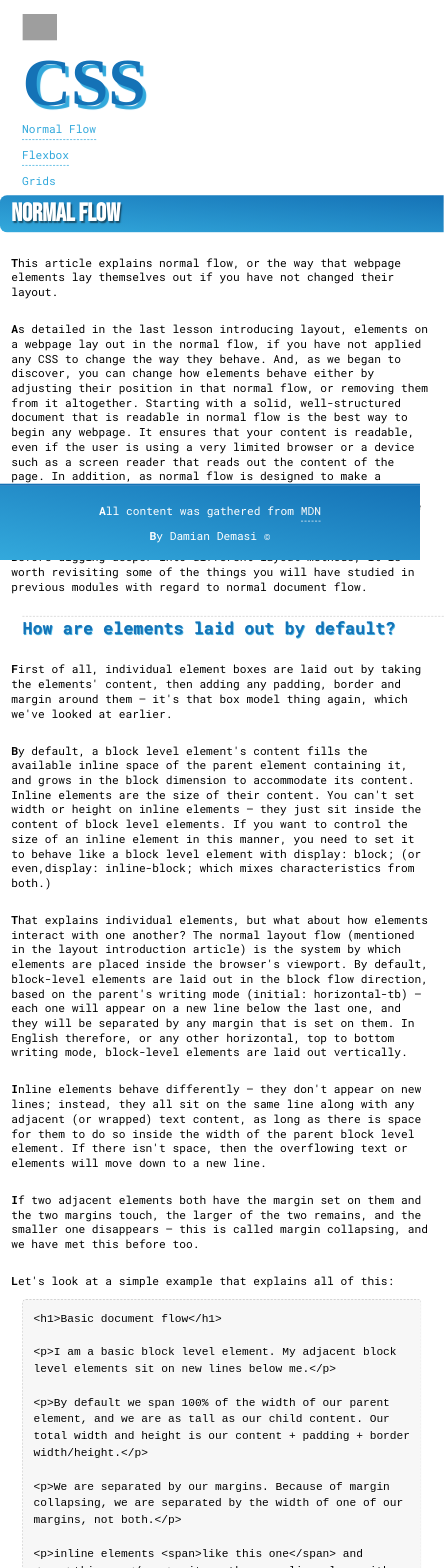
Repository: Colo-Codes/freecodecamp-04-Technical-Documentation-Page
Page: index.html
These files come from the project's save history. The page is drawn as it stood at one moment and after a run of saves; the edit follows.
The browser window is 600 px wide. The page is 635 px wide, so the pictures cover 635 px, including what lies to the right of the window. The pictures show the part of the page from y = 0 to 2240 px (the page is 8231 px tall before and 8189 px after), at 70% of full size.
Pictures or frames that could not be fetched are drawn as grey boxes. Some web fonts or font styles are not loaded; a fallback is used.

Above is the page before, as saved 2021-05-22 09:14:43.

### index.html
<!DOCTYPE html>
<html lang="en">

<head>
    <meta charset="UTF-8">
    <meta http-equiv="X-UA-Compatible" content="IE=edge">
    <meta name="viewport" content="width=device-width, initial-scale=1.0">
    <link rel="stylesheet" href="./resources/css/index.css" type="text/css">
    <link rel="preconnect" href="https://fonts.gstatic.com">
    <link
        href="https://fonts.googleapis.com/css2?family=Bebas+Neue&family=Pattaya&family=Roboto+Mono:wght@100;400;700&display=swap"
        rel="stylesheet">

    <title>CSS Technical Documentation</title>
</head>

<body>
    <div id="flex-container">
        <header id="navbar-block">
            <img id="navbar-image" src="./resources/img/file_type_css_icon_130661.png" alt="CSS3 logo in blue">
            <nav id="navbar">
                <!-- On the left of screen, fixed (visible) -->
                <header>
                    <h1>CSS</h1>
                </header>
                <ul>
                    <li><a href="#Normal_Flow" class="nav-link">Normal Flow</a></li>
                    <li><a href="#Flexbox" class="nav-link">Flexbox</a></li>
                    <li><a href="#Grids" class="nav-link">Grids</a></li>
                    <li><a href="#Floats" class="nav-link">Floats</a></li>
                    <li><a href="#Positioning" class="nav-link">Positioning</a></li>
                </ul>
            </nav>
        </header>
        <main id="main-doc">
            <section class="main-section" id="Normal_Flow">
                <header class="section-header">
                    <h2>Normal Flow</h2>
                </header>
                <p>This article explains normal flow, or the way that webpage elements lay themselves out if you have
                    not
                    changed their
                    layout.</p>
                <p>As detailed in the last lesson introducing layout, elements on a webpage lay out in the normal flow,
                    if
                    you have not
                    applied any CSS to change the way they behave. And, as we began to discover, you can change how
                    elements
                    behave
                    either by adjusting their position in that normal flow, or removing them from it altogether.
                    Starting
                    with a solid,
                    well-structured document that is readable in normal flow is the best way to begin any webpage. It
                    ensures that your
                    content is readable, even if the user is using a very limited browser or a device such as a screen
                    reader that reads
                    out the content of the page. In addition, as normal flow is designed to make a readable document, by
                    starting in
                    this way you are working with the document rather than fighting against it as you make changes to
                    the
                    layout.</p>
                <p>Before digging deeper into different layout methods, it is worth revisiting some of the things you
                    will
                    have studied
                    in previous modules with regard to normal document flow.</p>
                <h3>How are elements laid out by default?</h3>
                <p>First of all, individual element boxes are laid out by taking the elements' content, then adding any
                    padding, border
                    and margin around them — it's that box model thing again, which we've looked at earlier.
                </p>
                <p>By default, a block level element's content fills the available inline space of the parent element
                    containing it,
                    and grows in the block dimension to accommodate its content. Inline elements are the size of their
                    content. You
                    can't set width or height on inline elements — they just sit inside the content of block level
                    elements.
                    If you want
                    to control the size of an inline element in this manner, you need to set it to behave like a block
                    level
                    element
                    with display: block; (or even,display: inline-block; which mixes characteristics from both.)
                </p>
                <p>That explains individual elements, but what about how elements interact with one another? The normal
                    layout flow
                    (mentioned in the layout introduction article) is the system by which elements are placed inside the
                    browser's
                    viewport. By default, block-level elements are laid out in the block flow direction, based on the
                    parent's writing
                    mode (initial: horizontal-tb) — each one will appear on a new line below the last one, and they will
                    be
                    separated by
                    any margin that is set on them. In English therefore, or any other horizontal, top to bottom writing
                    mode,
                    block-level elements are laid out vertically.
                </p>
                <p>Inline elements behave differently — they don't appear on new lines; instead, they all sit on the
                    same
                    line along
                    with any adjacent (or wrapped) text content, as long as there is space for them to do so inside the
                    width of the
                    parent block level element. If there isn't space, then the overflowing text or elements will move
                    down
                    to a new
                    line.
                </p>
                <p>If two adjacent elements both have the margin set on them and the two margins touch, the larger of
                    the
                    two remains,
                    and the smaller one disappears — this is called margin collapsing, and we have met this before too.
                </p>
                <p>Let's look at a simple example that explains all of this:</p>
                <code>&lt;h1&gt;Basic document flow&lt;/h1&gt;

&lt;p&gt;I am a basic block level element. My adjacent block level elements sit on new lines below me.&lt;/p&gt;

&lt;p&gt;By default we span 100% of the width of our parent element, and we are as tall as our child content. Our total width and height is our content + padding + border width/height.&lt;/p&gt;

&lt;p&gt;We are separated by our margins. Because of margin collapsing, we are separated by the width of one of our margins, not both.&lt;/p&gt;

&lt;p&gt;inline elements &lt;span&gt;like this one&lt;/span&gt; and &lt;span&gt;this one&lt;/span&gt; sit on the same line along with adjacent text nodes, if there is space on the same line. Overflowing inline elements will &lt;span&gt;wrap onto a new line if possible (like this one containing text)&lt;/span&gt;, or just go on to a new line if not, much like this image will do: &lt;img src="https://mdn.mozillademos.org/files/13360/long.jpg"&gt;&lt;/p&gt;</code>
                <code>body {
    width: 500px;
    margin: 0 auto;
}

p {
    background: rgba(255,84,104,0.3);
    border: 2px solid rgb(255,84,104);
    padding: 10px;
    margin: 10px;
}

span {
    background: white;
    border: 1px solid black;
}</code>


            </section>

            <section class="main-section" id="Flexbox">
                <header class="section-header">
                    <h2>Flexbox</h2>
                </header>
                <p>Flexbox is a one-dimensional layout method for laying out items in rows or columns. Items flex to
                    fill
                    additional space and shrink to fit into smaller spaces. This article explains all the fundamentals.
                </p>
                <h3>Why Flexbox?</h3>
                <p>For a long time, the only reliable cross browser-compatible tools available for creating CSS layouts
                    were
                    things like floats and positioning. These are fine, and they work, but in some ways they are also
                    rather
                    limiting and frustrating.</p>
                <p>The following simple layout requirements are either difficult or impossible to achieve with such
                    tools,
                    in any kind of convenient, flexible way:</p>
                <ul>
                    <li>Vertically centering a block of content inside its parent.</li>
                    <li>Making all the children of a container take up an equal amount of the available width/height,
                        regardless of how much width/height is available.</li>
                    <li>Making all columns in a multiple-column layout adopt the same height even if they contain a
                        different amount of content.</li>
                </ul>
                <p>As you'll see in subsequent sections, flexbox makes a lot of layout tasks much easier. Let's dig in!
                </p>
                <h3>Specifying what elements to lay out as flexible boxes</h3>
                <code>section {
    display: flex;
}</code>


            </section>

            <section class="main-section" id="Grids">
                <header class="section-header">
                    <h2>Grids</h2>
                </header>
                <p>CSS Grid Layout is a two-dimensional layout system for the web. It lets you lay content out in rows
                    and
                    columns, and has many features that make building complex layouts straightforward. This article will
                    give you all you need to know to get started with page layout.</p>
                <h3>What is grid layout?</h3>
                <p>A grid is a collection of horizontal and vertical lines creating a pattern against which we can line
                    up
                    our design elements. They help us to create designs where elements don’t jump around or change width
                    as
                    we move from page to page, providing greater consistency on our websites.</p>
                <p>A grid will typically have columns, rows, and then gaps between each row and column — commonly
                    referred
                    to as gutters.</p>
                <h3>Defining a grid</h3>
                <p>As a starting point, download and open the starting point file in your text editor and browser (you
                    can
                    also see it live here). You will see an example with a container, which has some child items. By
                    default
                    these display in normal flow so the boxes display one below the other. We will be working with this
                    file
                    for the first part of this lesson, making changes to see how grid behaves.</p>
                <p>To define a grid we use the grid value of the display property. As with Flexbox, this switches on
                    Grid
                    Layout, and all of the direct children of the container become grid items. Add this to the CSS
                    inside
                    your file:</p>
                <code>.container {
    display: grid;
}</code>
                <p>Unlike flexbox, the items will not immediately look any different. Declaring display: grid gives you
                    a
                    one column grid, so your items will continue to display one below the other as they do in normal
                    flow.
                </p>
                <p>We can place things according to these lines by specifying the start and end line. We do this using
                    the
                    following properties:</p>
                <ul>
                    <li>grid-column-start</li>
                    <li>grid-column-end</li>
                    <li>grid-row-start</li>
                    <li>grid-row-end</li>
                </ul>

            </section>

            <section class="main-section" id="Floats">
                <header class="section-header">
                    <h2>Floats</h2>
                </header>
                <p>Originally for floating images inside blocks of text, the float property became one of the most
                    commonly
                    used tools for creating multiple column layouts on webpages. With the advent of flexbox and grid it
                    has
                    now returned to its original purpose, as this article explains.</p>
                <h3>The background of floats</h3>
                <p>The float property was introduced to allow web developers to implement simple layouts involving an
                    image
                    floating inside a column of text, with the text wrapping around the left or right of it. The kind of
                    thing you might get in a newspaper layout.</p>
                <p>But web developers quickly realized that you can float anything, not just images, so the use of float
                    broadened, for example to fun layout effects such as drop-caps.</p>
                <p>Floats have commonly been used to create entire web site layouts featuring multiple columns of
                    information floated so they sit alongside one another (the default behavior would be for the columns
                    to
                    sit below one another, in the same order as they appear in the source). There are newer, better
                    layout
                    techniques available and so use of floats in this way should be regarded as a legacy technique.</p>
                <h3>A simple float example</h3>
                <p>Let's explore how to use floats. We'll start with a really simple example involving floating a block
                    of
                    text around an element. You can follow along by creating a new index.html file on your computer,
                    filling
                    it with a simple HTML template, and inserting the below code into it at the appropriate places. At
                    the
                    bottom of the section, you can see a live example of what the final code should look like.</p>
                <p>First, we'll start off with some simple HTML — add the following to your HTML body, removing anything
                    that was inside there before:</p>
                <code>&lt;h1&gt;Simple float example&lt;/h1&gt;

&lt;div class="box"&gt;Float&lt;/div&gt;

&lt;p&gt;Lorem ipsum dolor sit amet, consectetur adipiscing elit. Nulla luctus aliquam dolor, eu lacinia lorem placerat vulputate. Duis felis orci, pulvinar id metus ut, rutrum luctus orci. Cras porttitor imperdiet nunc, at ultricies tellus laoreet sit amet. &lt;/p&gt;

&lt;p&gt;Sed auctor cursus massa at porta. Integer ligula ipsum, tristique sit amet orci vel, viverra egestas ligula. Curabitur vehicula tellus neque, ac ornare ex malesuada et. In vitae convallis lacus. Aliquam erat volutpat. Suspendisse ac imperdiet turpis. Aenean finibus sollicitudin eros pharetra congue. Duis ornare egestas augue ut luctus. Proin blandit quam nec lacus varius commodo et a urna. Ut id ornare felis, eget fermentum sapien.&lt;/p&gt;

&lt;p&gt;Nam vulputate diam nec tempor bibendum. Donec luctus augue eget malesuada ultrices. Phasellus turpis est, posuere sit amet dapibus ut, facilisis sed est. Nam id risus quis ante semper consectetur eget aliquam lorem. Vivamus tristique elit dolor, sed pretium metus suscipit vel. Mauris ultricies lectus sed lobortis finibus. Vivamus eu urna eget velit cursus viverra quis vestibulum sem. Aliquam tincidunt eget purus in interdum. Cum sociis natoque penatibus et magnis dis parturient montes, nascetur ridiculus mus.&lt;/p&gt;</code>
                <p>Now apply the following CSS to your HTML (using a &lt;style&gt; element or a
                    <link> to a separate .css file — your choice):
                </p>
                <code>body {
    width: 90%;
    max-width: 900px;
    margin: 0 auto;
    font: .9em/1.2 Arial, Helvetica, sans-serif
}

.box {
    width: 150px;
    height: 100px;
    border-radius: 5px;
    background-color: rgb(207,232,220);
    padding: 1em;
}</code>

            </section>

            <section class="main-section" id="Positioning">
                <header class="section-header">
                    <h2>Positioning</h2>
                </header>
                <p>Positioning allows you to take elements out of the normal document layout flow, and make them behave
                    differently; for example sitting on top of one another, or always remaining in the same place inside
                    the
                    browser viewport. This article explains the different position values, and how to use them.</p>
                <ul>
                    <li>Default value: static</li>
                    <li>Inherited: no</li>
                    <li>Animatable: no. Read about animatable</li>
                    <li>Version: CSS2</li>
                    <li>JavaScript syntax: object.style.position="absolute"</li>
                </ul>
                <h3>Introducing positioning</h3>
                <p>The whole idea of positioning is to allow us to override the basic document flow behavior described
                    above, to produce interesting effects. What if you want to slightly alter the position of some boxes
                    inside a layout from their default layout flow position, to give a slightly quirky, distressed feel?
                    Positioning is your tool. Or if you want to create a UI element that floats over the top of other
                    parts
                    of the page, and/or always sits in the same place inside the browser window no matter how much the
                    page
                    is scrolled? Positioning makes such layout work possible.</p>
                <h3>Static positioning</h3>
                <p>Static positioning is the default that every element gets — it just means "put the element into its
                    normal position in the document layout flow — nothing special to see here."</p>
                    <p></p>
            </section>
        </main>
    </div>
    <footer>
        <p>All content was gathered from <a href="https://developer.mozilla.org/en-US/docs/Learn/CSS/CSS_layout"
                target="_blank">MDN</a></p>
        <p>By Damian Demasi &copy;</p>
    </footer>
</body>

</html>

### resources/css/index.css
/* Reset */
html {
    box-sizing: border-box;
    font-size: 16px;
    font-family: 'Roboto Mono', Arial, Helvetica, sans-serif;
}

*, *:before, *:after {
    box-sizing: inherit;
    margin: 0;
    padding: 0;
}

/* Main flexbox */

@media screen and (min-width: 700px) {
    #flex-container {
        position: relative;
        display: flex;
        justify-content: center;
        align-items: baseline;
        /* flex-flow: wrap; FIXME */
        /* overflow: scroll; FIXME */

    }
    #navbar-image {
        width: 150px;
    }
}

@media screen and (max-width: 699px) {
    #flex-container {
        /* position: relative; */
        display: flex;
        flex-direction: column;
        /* flex-flow: wrap; */
        /* overflow: scroll; FIXME */
    }
    #navbar-image {
        width: 50px;
    }
    ul {
        height: 6rem;
        overflow: scroll;
    }
}

#main-doc {
    align-self: flex-start;
    max-width: 1000px;
    /* Not doing anything: */
    /* flex-shrink: 1; */
    /* background-color: teal; FIXME */
}

/* Navbar */
#navbar-block {
    position: sticky;
    top: 20px;
    margin: 0 2rem;
    /* outline: 1px solid red; */
    /* flex: 1; */
}
#navbar-image {
    margin: 0 auto;
}
#navbar ul li {
    list-style-type: none;
    margin-bottom: 1rem;
}
.nav-link:link, .nav-link:visited  {
    text-decoration: none;
    border-bottom: 1px dashed #33A9DC;
    padding-bottom: 5px;
    color: #33A9DC;
}
.nav-link:focus, .nav-link:hover  {
    border-bottom: 2px solid #1572B6;
    padding-bottom: 5px;
    color: #1572B6;
}
.nav-link:active  {
    border-bottom: 2px solid #1572B6;
    padding-bottom: 5px;
    color: #1572B6;
}
#navbar h1 {
    font-family: 'Pattaya', 'Times New Roman', Times, serif;
    font-size: 6rem;
    color: #1572B6;
    text-shadow: #33A9DC 5px 5px 1px;
}
/* Main content */

.section-header {
    position: sticky;
    top: 0px;
    color: white;
    text-shadow: 2px 2px 2px rgba(0, 0, 0, .5);
    padding: 5px 0 5px 1rem;
    background: #33A9DC;  /* fallback for old browsers */
    background: -webkit-linear-gradient(to bottom left, #1572B6, #33A9DC);  /* Chrome 10-25, Safari 5.1-6 */
    background: linear-gradient(to bottom left, #1572B6, #33A9DC); /* W3C, IE 10+/ Edge, Firefox 16+, Chrome 26+, Opera 12+, Safari 7+ */
    font-family: 'Bebas Neue', sans-serif;
    text-transform: uppercase;
    font-size: 1.5rem;
    border-radius: 10px 0 0 10px;
    margin: 30px 0 0 0;
}

p {
    margin: 2rem 1rem 0 1rem;

}

p::first-letter {
    font-weight: bold;
}

h3 {
    margin: 2rem 0 0 2rem;
    font-size: 1.5rem;
    border-top: 1px dashed rgba(0, 0, 0, .2);
    color: #1572B6;
    text-shadow: #33A9DC 1px 1px 1px;

}

/* Code content */
code {
    display: block;
  text-align: left;
  white-space: pre-wrap;
  word-break: normal;
  word-wrap: normal;
  line-height: 1.5;
  background-color: #f7f7f7;
  padding: 15px;
  margin: 1rem 2rem 1rem 2rem;
  border-radius: 5px;
  border: 1px dashed rgba(0, 0, 0, .2)
}

/* Unordered lists */
.main-section ul {
    margin: 1rem 0 2rem 4rem;
    list-style-image: url(../img/chevron_right_round-48_46769.png);
}

/* Footer */
footer {
    position: sticky;
    bottom: 0;
    background: #33A9DC;  /* fallback for old browsers */
    background: -webkit-linear-gradient(to bottom left, #1572B6, #33A9DC);  /* Chrome 10-25, Safari 5.1-6 */
    background: linear-gradient(to bottom left, #1572B6, #33A9DC); /* W3C, IE 10+/ Edge, Firefox 16+, Chrome 26+, Opera 12+, Safari 7+ */
    color: white;
    text-align: center;
    padding: .5rem 0;
    border-top: #1572B6 3px solid;
}
footer a:link, footer a:visited  {
    text-decoration: none;
    border-bottom: 1px dashed #f7f7f7;
    padding-bottom: 5px;
    color: #f7f7f7;
}
footer a:focus, footer a:hover  {
    border-bottom: 2px solid #d8d8d8;
    padding-bottom: 5px;
    color: #d8d8d8;
}
footer a:active  {
    border-bottom: 2px solid #d8d8d8;
    padding-bottom: 5px;
    color: #d8d8d8;
}
footer p {
    margin: 1rem 0;
}

After the next 2 saves:
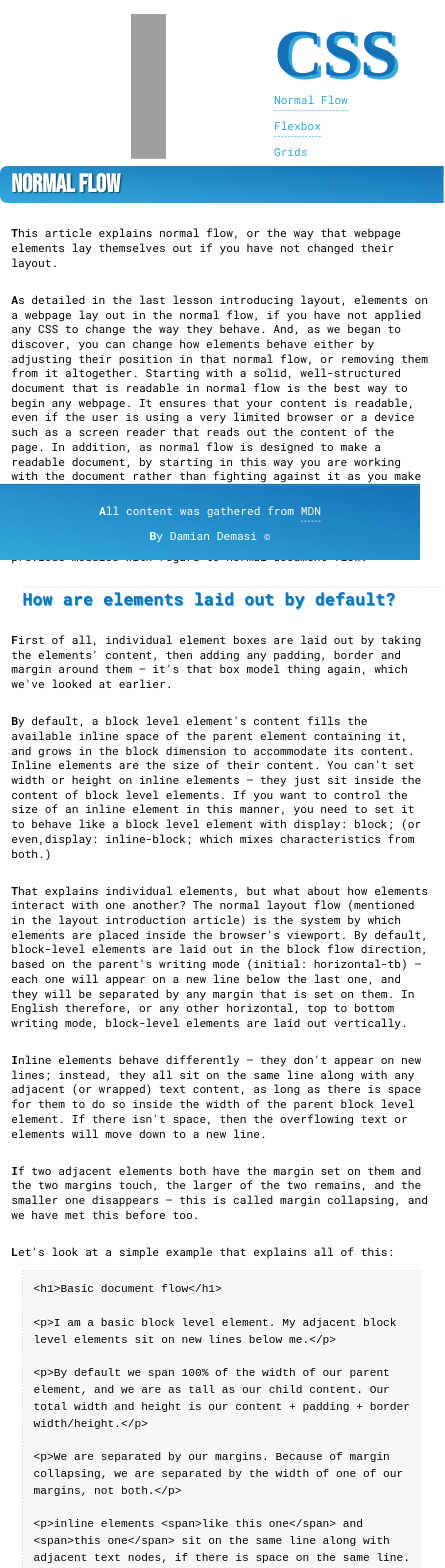
The 2 saves are shown as one change because they came seconds apart.
The last was saved 15 s later.
--- a/resources/css/index.css
+++ b/resources/css/index.css
@@ -42,6 +42,9 @@ html {
     ul {
         height: 6rem;
         overflow: scroll;
+    }
+    #navbar-block {
+        display: flex;
     }
 }
 
